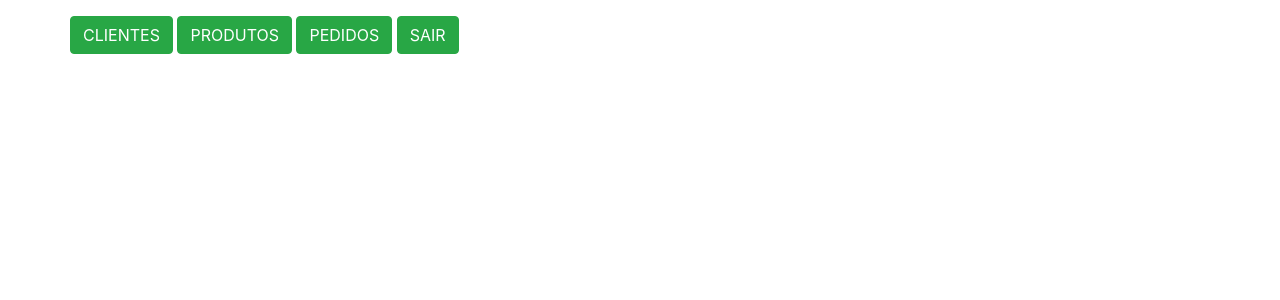
Repository: adrielwerlich/aulas_webdev_sistemasdeinfo
Page: http://localhost/
The author's editor kept a copy of each file at every save. The page is drawn from the files as they stood at one save, then again after the next save.
The browser window is 1280 px wide. The pictures show the whole page.
The page is run by PHP 8.4 with error messages shown; the project is at /var/www/html/.

Above is the page before, as saved 2019-03-15 19:54:32.

After the next save:
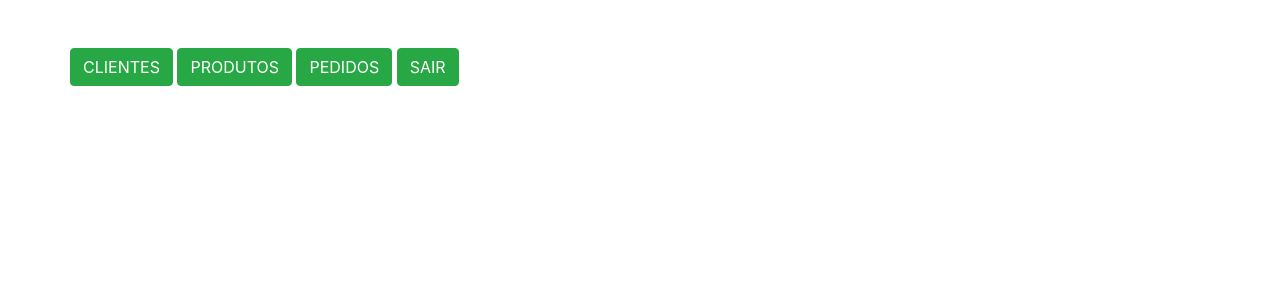
Saved 5 s later.
--- a/index.php
+++ b/index.php
@@ -11,7 +11,7 @@
  <div id="header">
  <div class="container">
  <div class="row">
- <form action="#" method="post" class="mt-3">
+ <form action="#" method="post" class="mt-5">
   <button class="btn btn-success" name="clientes" type="submit">CLIENTES</button>
   <button class="btn btn-success" name="produtos" type="submit">PRODUTOS</button>
   <button class="btn btn-success" name="pedidos" type="submit">PEDIDOS</button>
